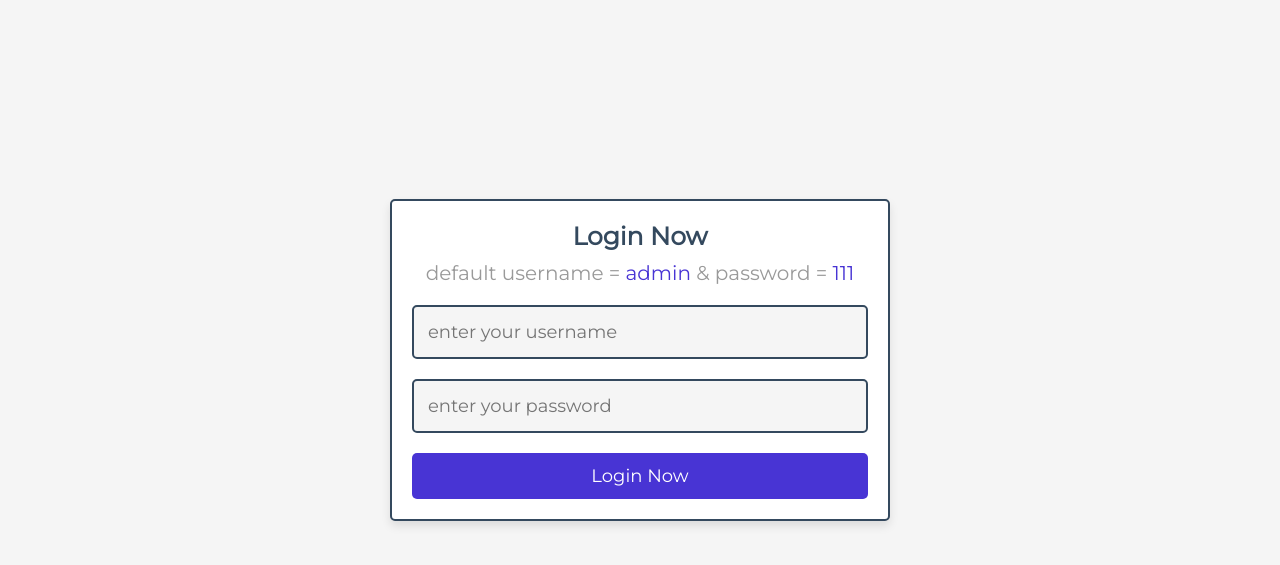
Repository: VuongLinhDinh/jummy_food
Page: http://localhost/admin/admin_login.php
An editor plug-in stored every save of this project. The page is shown before and after the next save, followed by the edit.
The browser window is 1280 px wide. The pictures show the whole page.
Some web libraries are served in a nearby version. The page is run by PHP 8.4 with error messages shown; the project is at /var/www/html/.

Above is the page before, as saved 2023-11-21 18:02:58.

After the next save:
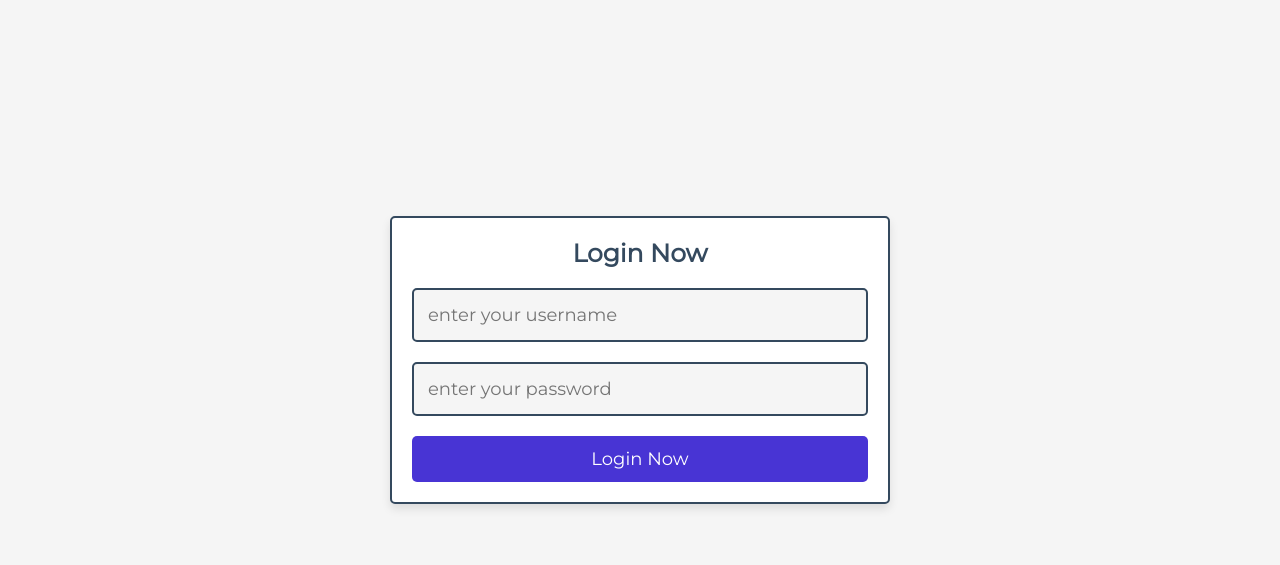
Saved 44 s later.
--- a/admin/admin_login.php
+++ b/admin/admin_login.php
@@ -62,7 +62,6 @@ if(isset($message)){
 
    <form action="" method="POST">
       <h3>login now</h3>
-      <p>default username = <span>admin</span> & password = <span>111</span></p>
       <input type="text" name="name" maxlength="20" required placeholder="enter your username" class="box" oninput="this.value = this.value.replace(/\s/g, '')">
       <input type="password" name="pass" maxlength="20" required placeholder="enter your password" class="box" oninput="this.value = this.value.replace(/\s/g, '')">
       <input type="submit" value="login now" name="submit" class="btn">
